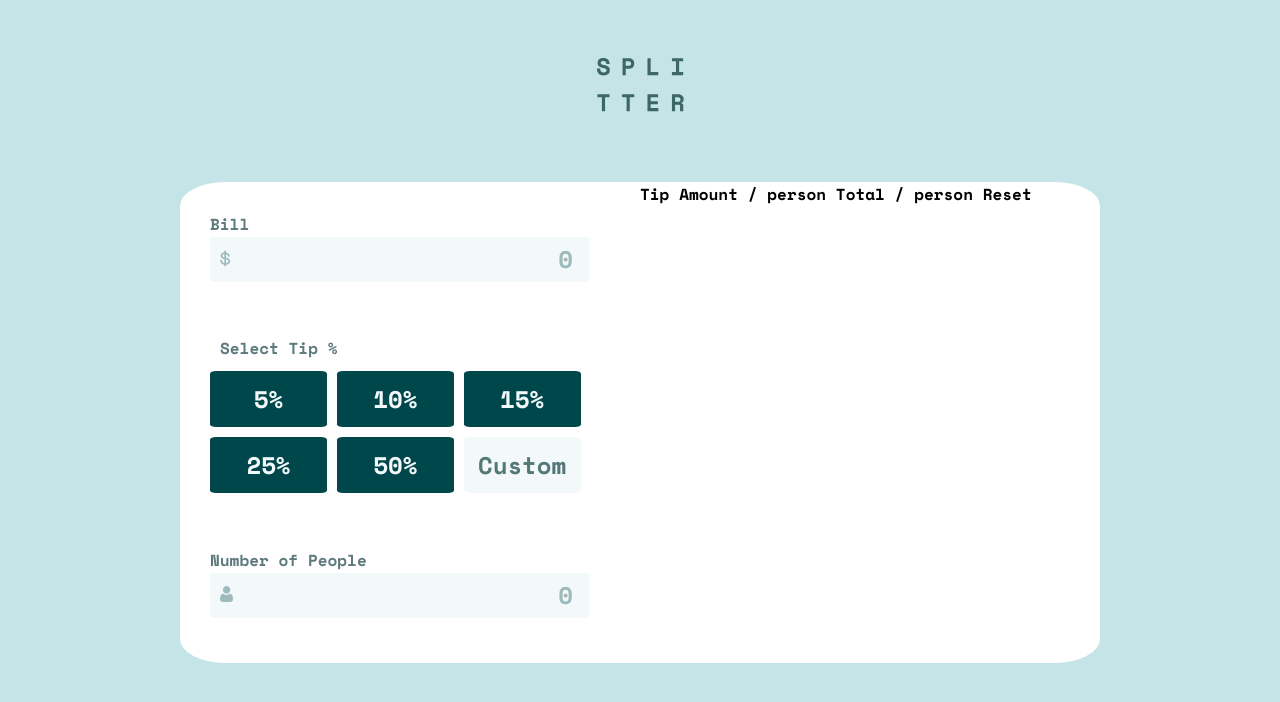
Repository: Arkitecth/tip-calculator
Page: index.html
An editor plug-in stored every save of this project. The page is shown before and after the next save, followed by the edit.
The browser window is 1280 px wide. The pictures show the whole page.

Above is the page before, as saved 2023-06-09 18:41:34.

### index.html
<!DOCTYPE html>
<html lang="en">
<head>
  <meta charset="UTF-8">
  <meta name="viewport" content="width=device-width, initial-scale=1.0"> <!-- displays site properly based on user's device -->

  <link rel="icon" type="image/png" sizes="32x32" href="./images/favicon-32x32.png">
  <link rel="stylesheet" href="styles.css">
  <title>Tip calculator app</title>

</head>
<body>

  <main>
    <img src="images/logo.svg" alt="logo">
      <div class="app">
        <div class="entry">
          <div class="bill-entry">
            <p>Bill</p>
            <img src="images/icon-dollar.svg" alt="dollar sign"><input class="entry-input" type="text" name="Bill" id="Bill" placeholder="0">
          </div>

          <div class="tip-entry">
            <p>Select Tip %</p>
            <input type="button" value="5%">
            <input type="button" value="10%">
            <input type="button" value="15%">
            <input type="button" value="25%">
            <input type="button" value="50%">
            <input class="custom" type="button" value="Custom">
          </div>

          <div class="people-entry">
            <p>Number of People</p>
            <img src="images/icon-person.svg" alt="person sign"><input class="entry-input" type="text" name="people-entry" id="people-entry" placeholder="0">
          </div>

        </div>

        <div class="result">
          Tip Amount
          / person

          Total
          / person

          Reset
        </div>


  </div>
  </main>





</body>
</html>

### styles.css
@import url('https://fonts.googleapis.com/css2?family=Space+Mono:wght@700&display=swap');
* {
    margin: 0;
    padding: 0;
    font-family: 'Space Mono', monospace;
}

/* Main Styling */
body {
    background-color: #C5E4E7;

}

main {
    display: flex;
    flex-direction: column;
    justify-content: center;
    align-items: center;
    align-content: center;
    height: 100vh;
    gap: 70px;
}

/* App Styling */

.app {
    width: 920px;
    height: 481px;
    background-color: white;
    border-radius: 5%;
    display: grid;
    grid-template-columns: 1fr 1fr;
}

/* Entry Styling */

.entry {
    display: grid;
    padding-top: 30px;
    grid-template-rows: auto auto auto;
    padding-left: 30px;
    justify-content: center;
    color: #5E7A7D;
}

.entry p {
    margin-bottom: 1px;
}

.entry-input {
    background-color:#f3F9FA;
    width: 379px;
    height: 45px;
    border: none;
    border-radius: 2%;
    text-align: right;
    font-size: 1.5rem;
    color: #00474B;

}

.entry-input:focus {
    outline: none;
    border: 1px solid #26C2AE;

}

.entry-input::placeholder {
    text-align: right;
    font-size: 1.5rem;
    color:#00474B;
    opacity: 0.35;
    padding: 1rem;

}

/* Bill Styling */

.bill-entry {
    position: relative;
}

.bill-entry img {
    position: absolute;
    top: 38px;
    left: 10px;
}

/* Tip Entry */
.tip-entry p {
    padding: 10px;
}
.tip-entry input[type="button"] {
    width: 117px;
    padding: 10px;
    margin-bottom: 10px;
    background-color:#00474B;
    color: #f3F9FA;
    font-size: 1.5rem;
    border: none;
    border-radius: 5%;
    font-weight: 700;
}

.tip-entry input[type="button"]:active,.tip-entry input[type="button"]:hover {
    background-color: #26C2AE;
}
.tip-entry input[type="button"]:active {
    transform: translateY(4px);
}

.tip-entry input.custom {
    background-color: #F3F9FA;
    color:#547878;
}

/* People Entry Styling */
.people-entry {
    position: relative;
}
.people-entry img {
    position: absolute;
    top: 38px;
    left: 10px;
}

After the next save:
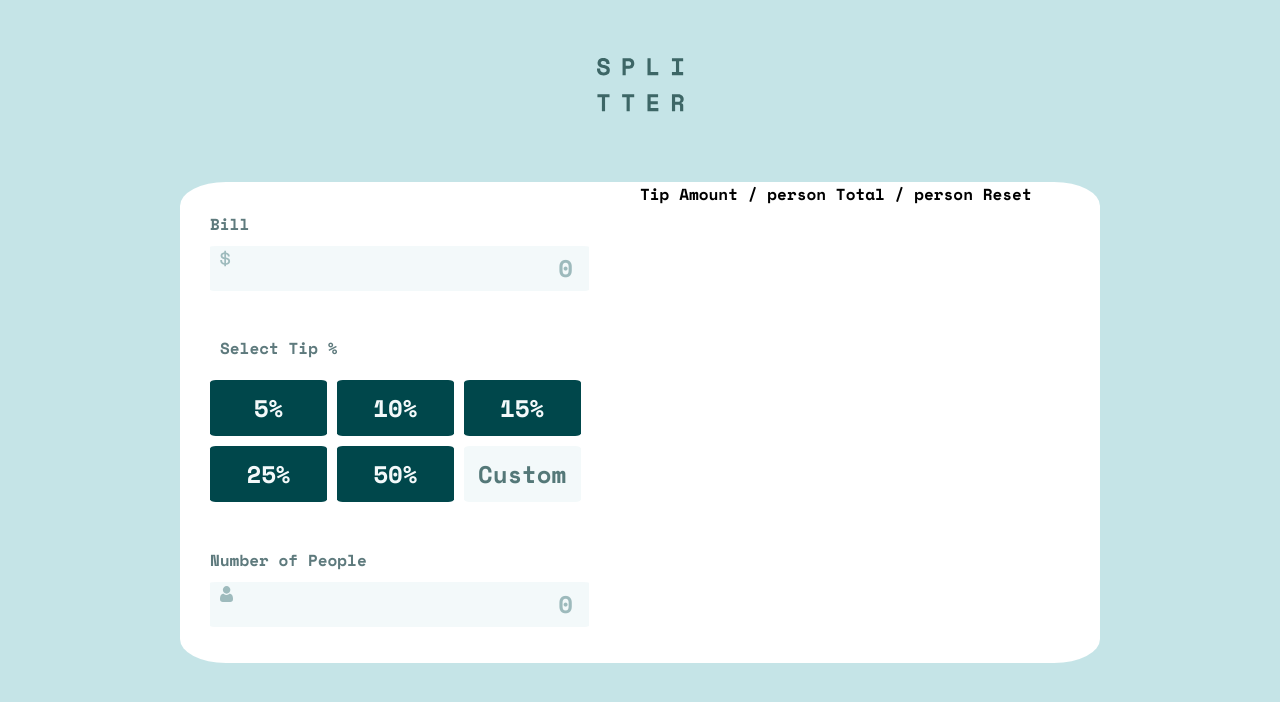
Saved 6 s later.
--- a/styles.css
+++ b/styles.css
@@ -44,7 +44,7 @@
 }
 
 .entry p {
-    margin-bottom: 1px;
+    margin-bottom: 10px;
 }
 
 .entry-input {
